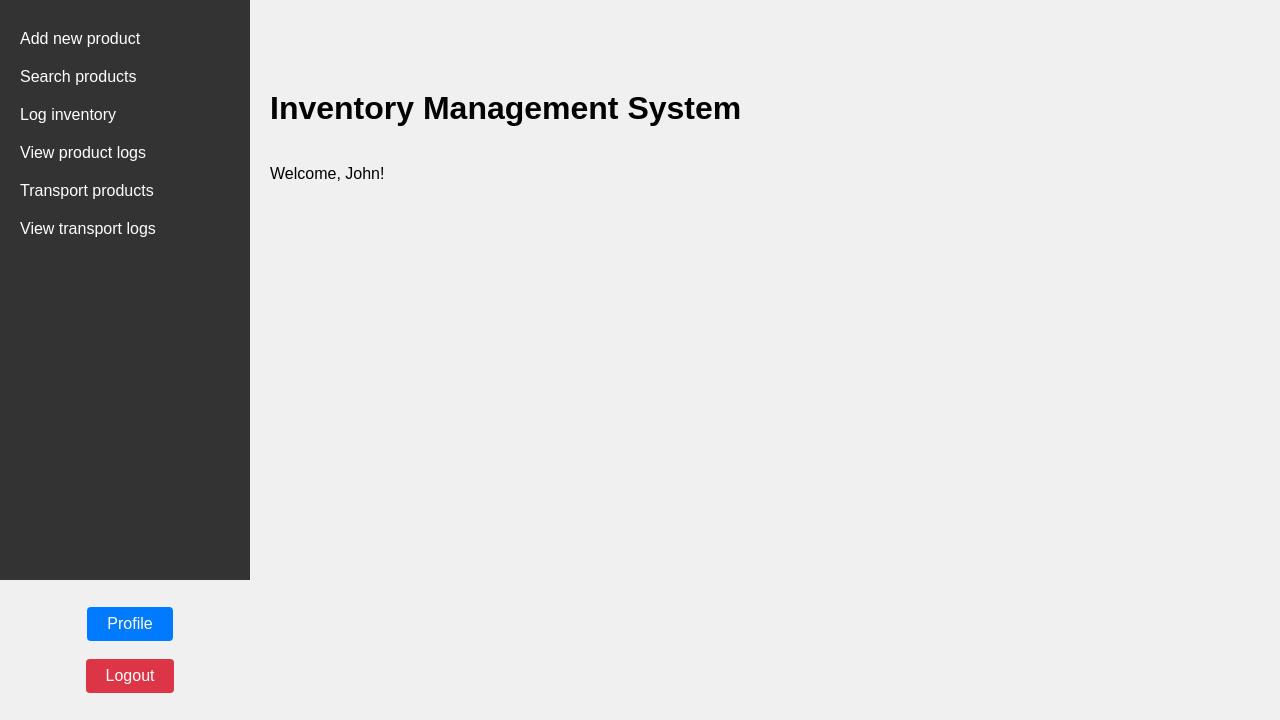
Repository: Warspinix/Flask-Web-Applications
Page: http://localhost/dashboard
The author's editor kept a copy of each file at every save. The page is drawn from the files as they stood at one save, then again after the next save.
The browser window is 1280 px wide. The pictures show the whole page.
The page is served by the project's application, run on Flask 3 (app.py). The session is filled in as if someone had signed in: {"user_id": 1, "first_name": "John"}.

Above is the page before, as saved 2024-06-13 22:32:14.

After the next save:
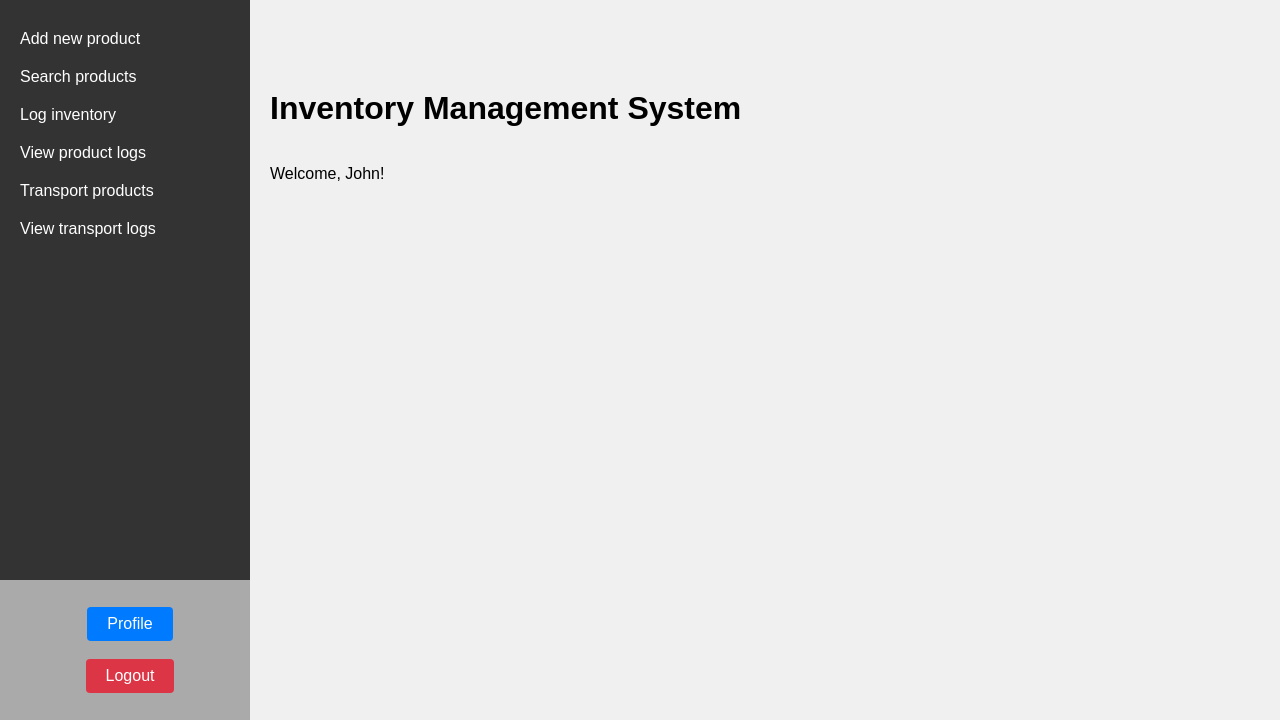
Saved 15 s later.
--- a/static/style.css
+++ b/static/style.css
@@ -81,7 +81,7 @@ h1 {
 .profile-logout {
     display: flex;
     flex-direction: column;
-    background-color: #f0f0f0;
+    background-color: #aaa;
     align-items: center;
     justify-content: center;
     text-align: right;
